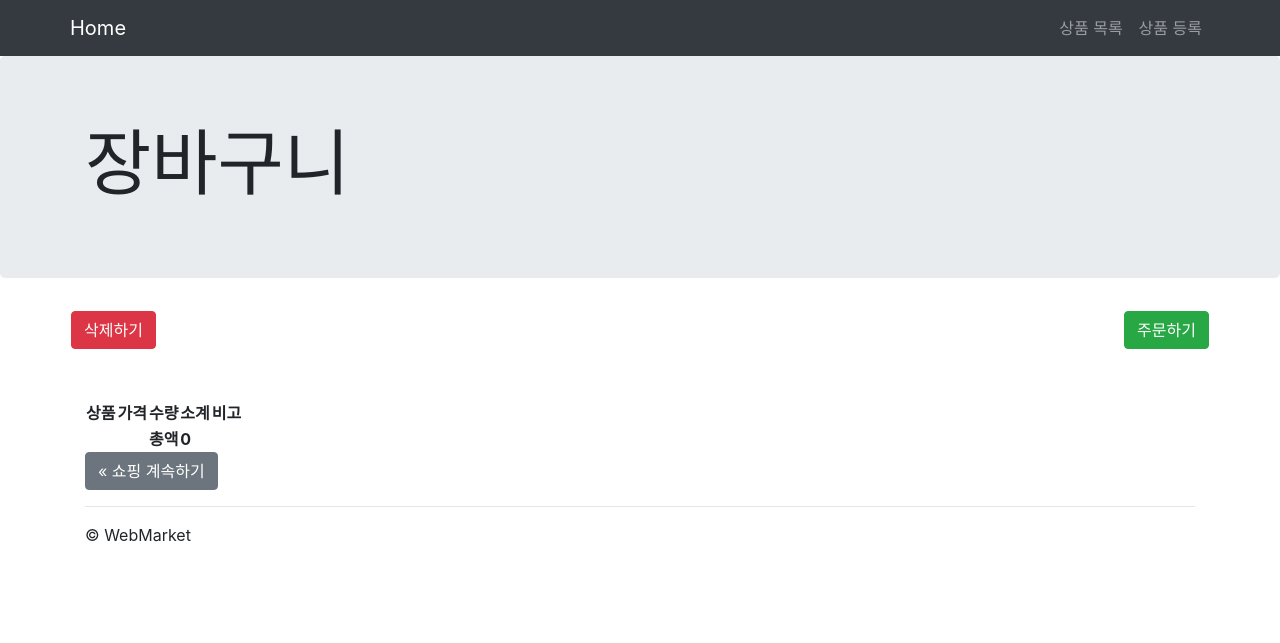
Repository: lhj257/jspwrokspace
Page: http://localhost/WebMarket/cart.jsp
The author's editor kept a copy of each file at every save. The page is drawn from the files as they stood at one save, then again after the next save.
The browser window is 1280 px wide. The pictures show the whole page.
The page is served by Tomcat 9. Other server files are loaded and not shown.

Above is the page before, as saved 2023-08-30 07:24:30.

### WebMarket/src/main/webapp/cart.jsp
<%@page import="dto.Product"%>
<%@page import="java.util.ArrayList"%>
<%@page import="dao.ProductRepository"%>
<%@ page language="java" contentType="text/html; charset=UTF-8"
	pageEncoding="UTF-8"%>
<!DOCTYPE html>
<html>
<head>
<link rel="stylesheet"
	href="https://cdn.jsdelivr.net/npm/bootstrap@4.0.0/dist/css/bootstrap.min.css"
	integrity="sha384-Gn5384xqQ1aoWXA+058RXPxPg6fy4IWvTNh0E263XmFcJlSAwiGgFAW/dAiS6JXm"
	crossorigin="anonymous">
<%
String cartId = session.getId();
%>
<meta charset="UTF-8">
<title>장바구니</title>
</head>
<body>
	<jsp:include page="menu.jsp" />
	<div class="jumbotron">
		<div class="container">
			<h1 class="display-3">장바구니</h1>
		</div>
	</div>
	<div class="container">
		<div class="row">
			<table width="100%">
				<tr>
					<td align="left"><a href="./deleteCart.jsp?cartId=<%=cartId%>" class="btn btn-danger">삭제하기</a></td>
					<td align="right"><a href="#" class="btn btn-success">주문하기</a></td>
				</tr>
			</table>
		</div>
		<div style="padding-top: 50px">
			<table class="tabel table-hover">
				<tr>
					<th>상품</th>
					<th>가격</th>
					<th>수량</th>
					<th>소계</th>
					<th>비고</th>
				</tr>
				<%
					int sum=0;
					ArrayList<Product> cartList=(ArrayList<Product>) session.getAttribute("cartlist");
					if(cartList==null)
						cartList=new ArrayList<Product>();

					for(int i = 0; i<cartList.size(); i++){
						Product product = cartList.get(i);
						int total=product.getUnitPrice()*product.getQuantity();
						sum=sum+total;
				%>
				<tr>
					<td><%=product.getProductId() %>-<%=product.getPname() %></td>
					<td><%=product.getUnitPrice() %></td>
					<td><%=product.getQuantity() %></td>
					<td><%=total %></td>
					<td><a href="./removeCart.jsp?id=<%=product.getProductId() %>" class="badge badge-danger">삭제</a></td>
				</tr>
				<%
					}
				%>
				<tr>
					<th></th>
					<th></th>
					<th>총액</th>
					<th><%=sum %></th>
					<th></th>
				</tr>
			</table>
			<a href="./products.jsp" class="btn btn-secondary">&laquo; 쇼핑 계속하기</a>
		</div>
		<hr>
	</div>
	<jsp:include page="footer.jsp" />
</body>
</html>

### WebMarket/src/main/webapp/menu.jsp
<%@ page language="java" contentType="text/html; charset=UTF-8"
	pageEncoding="UTF-8"%>
<nav class="navbar navbar-expand navbar-dark bg-dark">
	<div class="container">
		<div class="navbar-header">
			<a class="navbar-brand" href="./welcome.jsp">Home</a>
		</div>
		<div>
			<ul class="navbar-nav mr-auto">
				<li class="nav-item"><a class="nav-link" href="./products.jsp">상품 목록</a></li>
				<li class="nav-item"><a class="nav-link" href="./addProduct.jsp">상품 등록</a></li>
			</ul>
		</div>

	</div>
</nav>

Loaded but not shown: WebMarket/src/main/webapp/footer.jsp (common file)

After the next save:
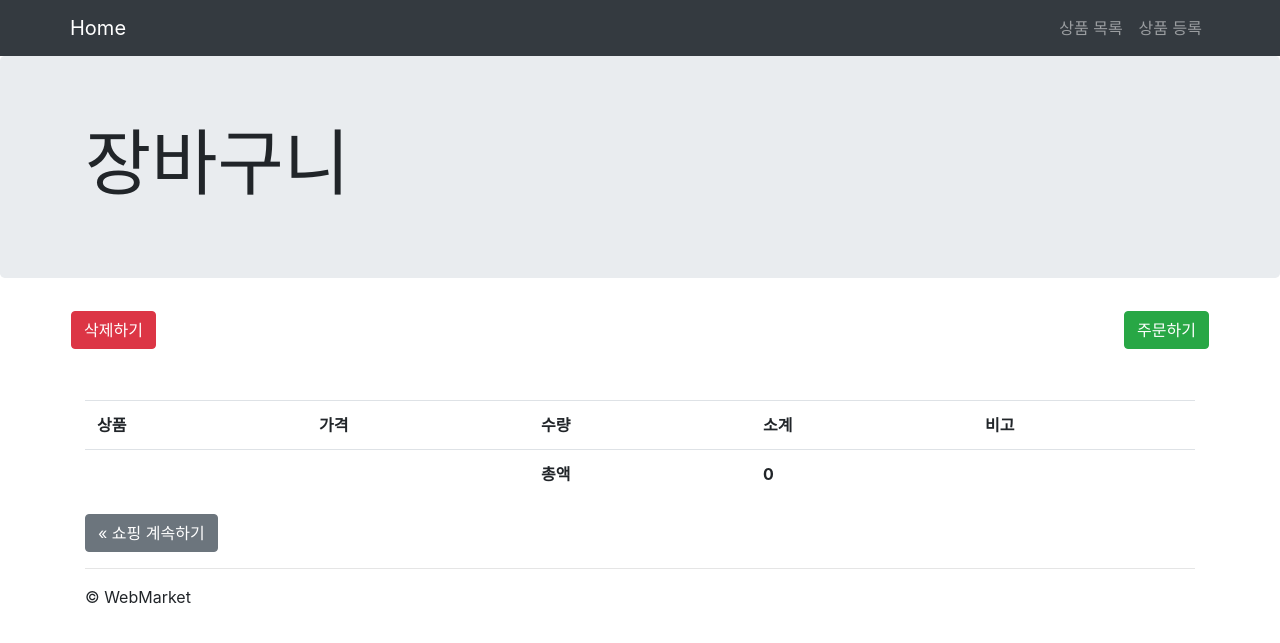
Saved 71 s later.
--- a/WebMarket/src/main/webapp/cart.jsp
+++ b/WebMarket/src/main/webapp/cart.jsp
@@ -33,7 +33,7 @@
 			</table>
 		</div>
 		<div style="padding-top: 50px">
-			<table class="tabel table-hover">
+			<table class="table table-hover">
 				<tr>
 					<th>상품</th>
 					<th>가격</th>
